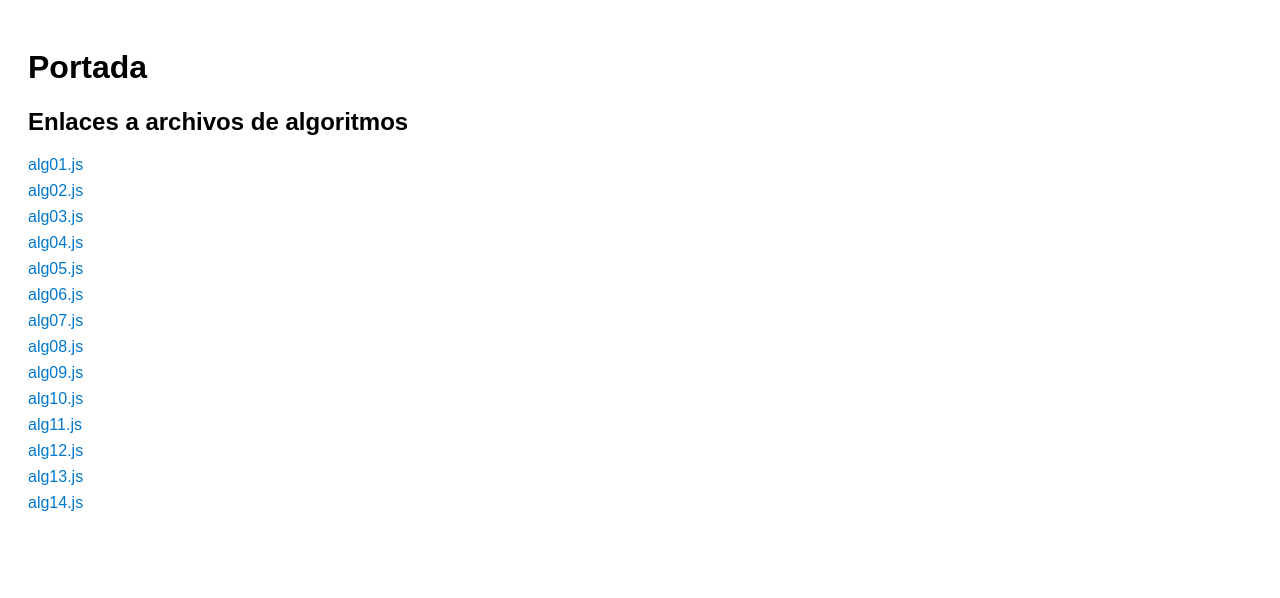
Repository: rlhardrock/SENATallerAlgoritmos01
Page: algoritmo.html
An editor plug-in stored every save of this project. The page is shown before and after the next save, followed by the edit.
The browser window is 1280 px wide. The pictures show the whole page.

Above is the page before, as saved 2025-04-23 16:14:18.

After the next save:
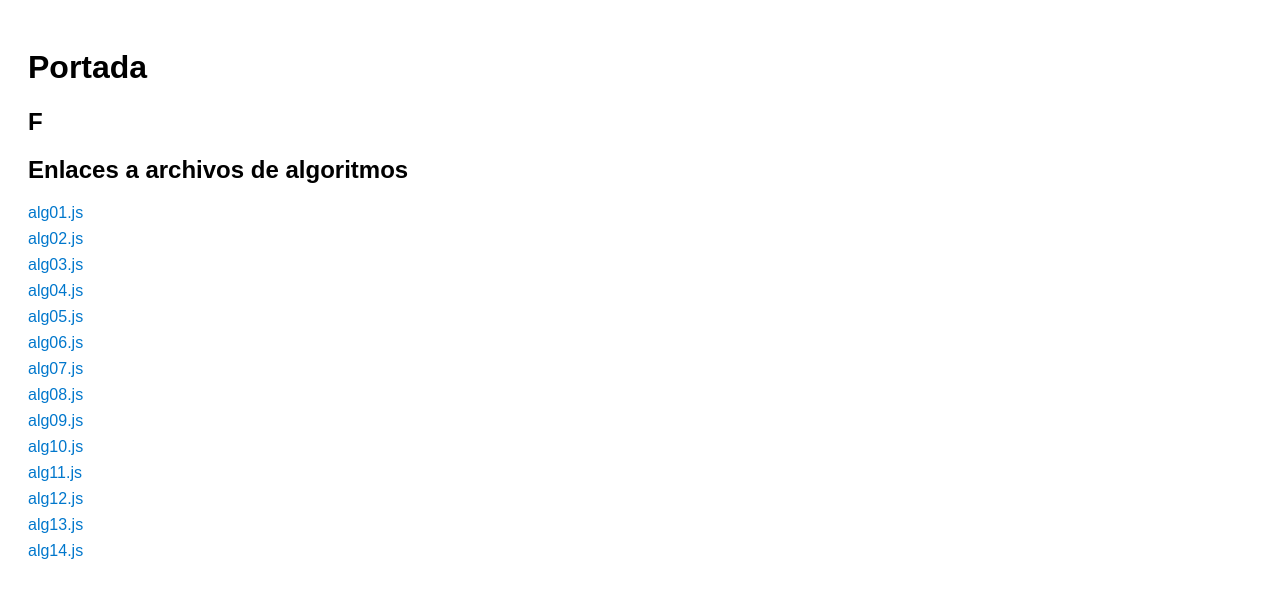
Saved 8 s later.
--- a/algoritmo.html
+++ b/algoritmo.html
@@ -36,7 +36,7 @@
     <h2></h2>
     <h2></h2>
     <h2></h2>
-    <h2></h2>
+    <h2>F</h2>
   </div>
 
   <h2>Enlaces a archivos de algoritmos</h2>
